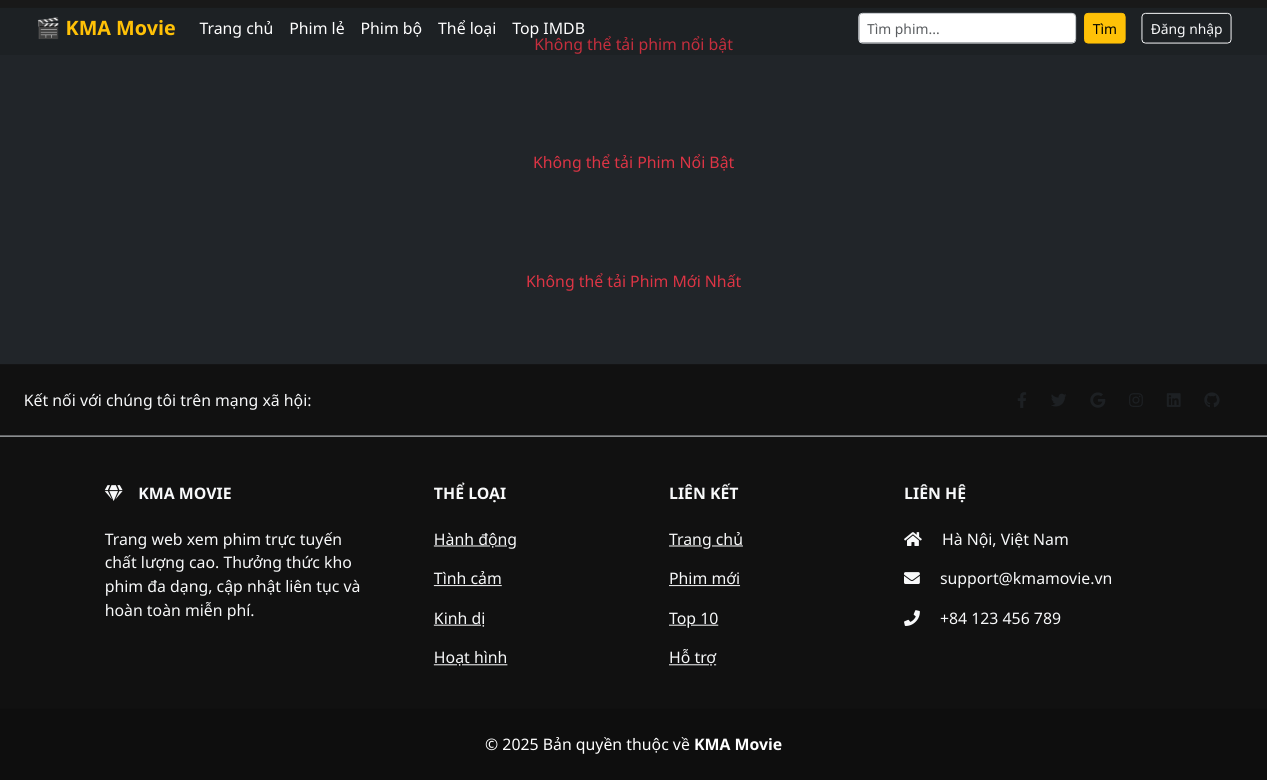
Repository: takagi2004/KMA_Nhom27_TTCS_WebXemFilm_FonEnd
Page: /
The author's editor kept a copy of each file at every save. The page is drawn from the files as they stood at one save, then again after the next save.
The browser window is 1280 px wide. The pictures show the whole page, at 99% of full size.
The page's requests for data from a server got no answer. The project was rebuilt for these pictures with package versions that can differ from the ones it lists, and the page was loaded fresh each time. No one was signed in, and anything a server would have sent is missing. Also part of the build but not shown: src/layout/danhsachphim/Props/PhimCard.tsx.

Above is the page before, as saved 2025-08-07 01:00:08.

After the next save:
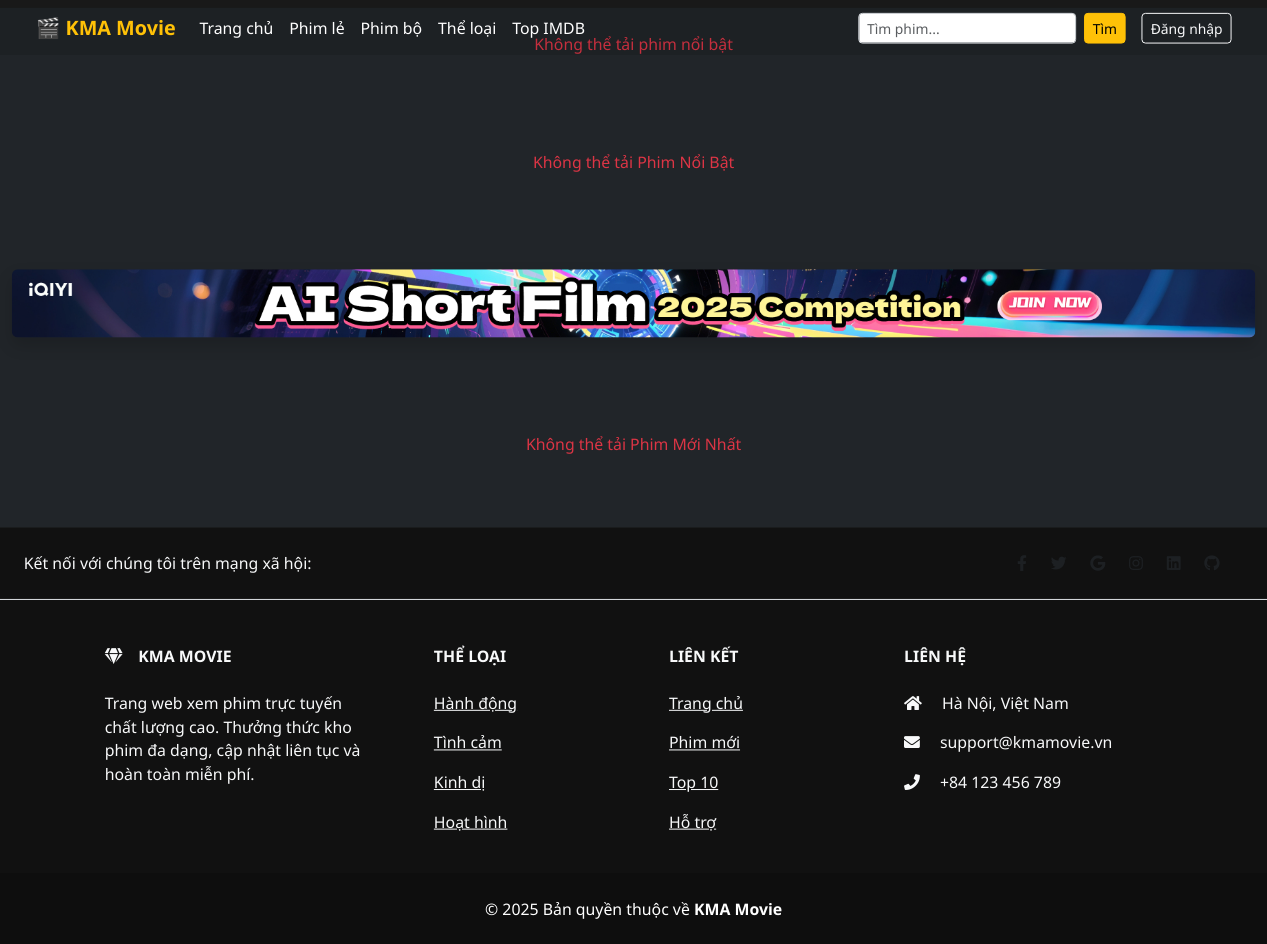
Saved 71 s later.
--- a/src/layout/header/Header.tsx
+++ b/src/layout/header/Header.tsx
@@ -16,13 +16,25 @@
         <Carousel />
       </div>
 
-
       {/* ================== DANH SÁCH PHIM ================== */}
       <main className="container-fluid d-flex flex-column gap-5 pb-5">
+        {/* Danh sách 1 */}
         <DanhSachPhim
           title="Phim Nổi Bật"
           fetchApi={() => PhimAPI.getPhimNoiBat(30)}
         />
+
+        {/* ✅ Banner giữa hai danh sách phim */}
+        <div className="my-4">
+          <img
+            src={BannerMid}
+            alt="Banner giữa danh sách phim"
+            className="img-fluid w-100 rounded shadow"
+            style={{ maxHeight: "250px", objectFit: "cover" }}
+          />
+        </div>
+
+        {/* Danh sách 2 */}
         <DanhSachPhim
           title="Phim Mới Nhất"
           fetchApi={() => PhimAPI.getPhimMoiNhat(20)}
